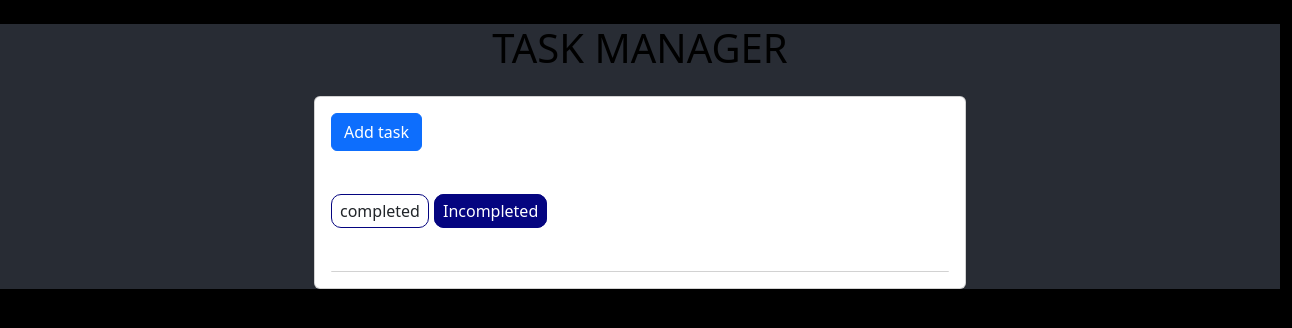
Repository: Jcparks84/task_manager
Page: / (app in frontend/)
These files come from the project's save history. The page is drawn as it stood at one moment and after the next save; the edit follows.
The browser window is 1280 px wide. The page is 1292 px wide, so the pictures cover 1292 px, including what lies to the right of the window. The pictures show the whole page.
The page's requests for data from a server got no answer. The project was rebuilt for these pictures with package versions that can differ from the ones it lists, and the page was loaded fresh each time. No one was signed in, and anything a server would have sent is missing. Also part of the build but not shown: frontend/src/components/Modal.js.

Above is the page before, as saved 2022-08-11 17:11:44.

After the next save:
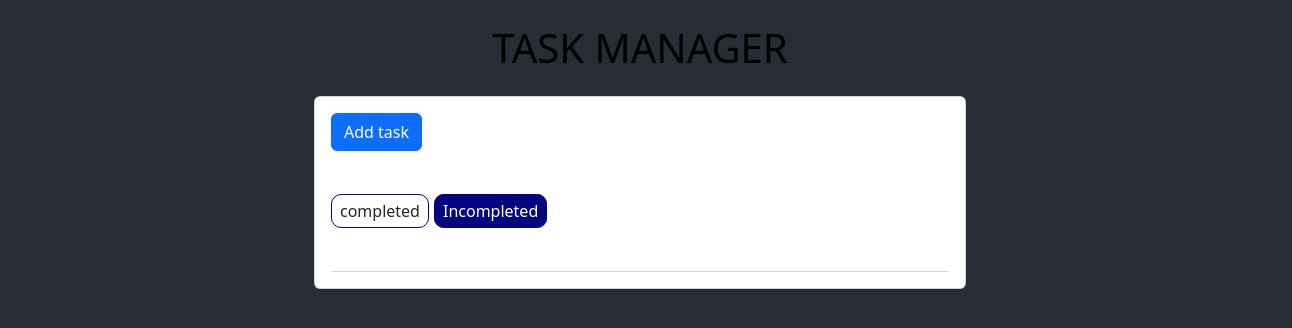
Saved 5 s later.
--- a/frontend/src/index.css
+++ b/frontend/src/index.css
@@ -1,5 +1,5 @@
 html {
-  background-color: black;
+  background-color: #282c34;
 }
 
 body {
